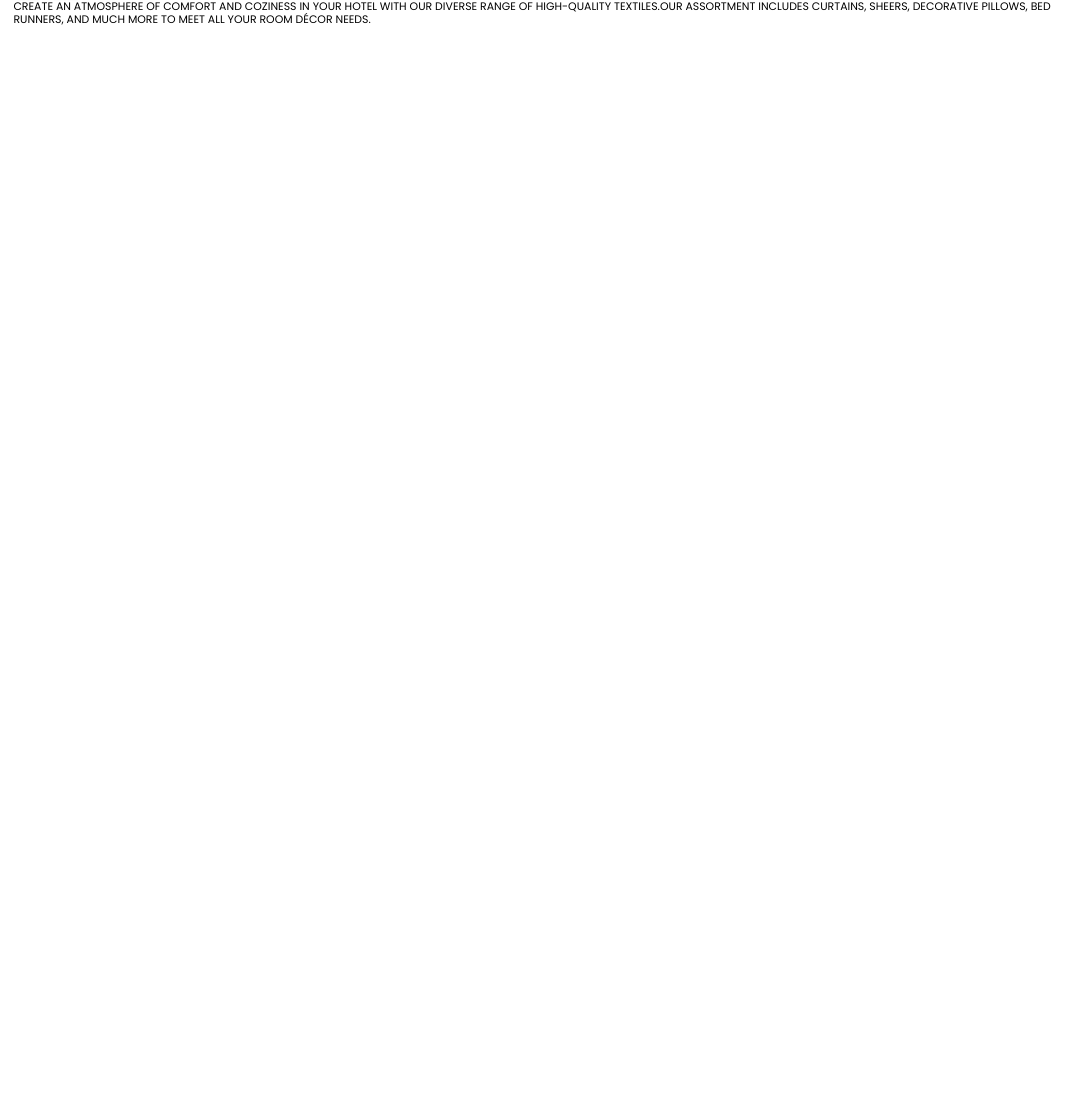
Repository: nikhilsinghrathore1/Shery_02
Page: /
An editor plug-in stored every save of this project. The page is shown before and after the next save, followed by the edit.
The browser window is 1280 px wide. The pictures show the part of the page from y = 4219 to 5544 px (the page is 5544 px tall), at 84% of full size.
The project was rebuilt for these pictures with package versions that can differ from the ones it lists, and the page was loaded fresh each time. Also part of the build but not shown: vite.config.js.

Above is the page before, as saved 2024-07-18 03:27:03.

### src/App.jsx
import { useState } from 'react'
import reactLogo from './assets/react.svg'
import viteLogo from '/vite.svg'
import './App.css'
import Landing from './pages/Landing'

function App() {
  const [count, setCount] = useState(0)

  return (
    <>
      <Landing/>
    </>
  )
}

export default App

### src/App.css
@font-face {
  font-family: font1;
  src: url("../public/6624dc4c3f39ffabcd0dc162_Montserrat-VariableFont_wght.ttf");
}
@font-face {
  font-family: font2;
  src: url("../public/CircularXXWeb-Book\ \(1\).ttf");
}
@font-face {
  font-family: font3;
  src: url("../public/JTUQjIg1_i6t8kCHKm459WxRyS7m0dR9pA.ttf");
}
@font-face {
  font-family: font4;
  src: url("../public/JTUSjIg1_i6t8kCHKm459WlhyyTh89Y.ttf");
}
@font-face {
  font-family: font5;
  src: url("../public/pxiEyp8kv8JHgFVrJJfecnFHGPc.ttf");
}

.f1{
  font-family: font1;
}
.f2{
  font-family: font2;
}
.f3{
  font-family: font3;
}
.f4{
  font-family: font4;
}
.f5{
  font-family: font5;
}

### src/pages/Landing.jsx
import React from 'react'
import MoreInsta from '../components/MoreInsta'
import Nav from '../components/Nav'
import SingleHero from '../components/SingleHero'
import { GoArrowRight } from "react-icons/go";
import { GoArrowLeft } from "react-icons/go";
import VideoCont from '../components/VideoCont'

const Landing = () => {
  return (
    <div className='w-full overflow-hidden'>
               {/* this is the first image gallery part */}
               <div className='w-full h-[400vh] relative '>
               <Nav/>
               <SingleHero img={"https://cdn.prod.website-files.com/6613fb0aff6a7761bf9a817d/66267f01781250e3c4f8ed19_hero-01-p-1080.webp"} text={"hotel"}/>
               <SingleHero img={"https://cdn.prod.website-files.com/6613fb0aff6a7761bf9a817d/66267f00e43626f944ce0076_hero-02-p-1080.webp"} text={"restaurant"}/>
               <SingleHero img={"https://cdn.prod.website-files.com/6613fb0aff6a7761bf9a817d/66267f011d36d94902bbbcd3_hero-03-p-1080.webp"} text={"catering"}/>
               <SingleHero img={"https://cdn.prod.website-files.com/6613fb0aff6a7761bf9a817d/66267f0015a49ebd0cb05e50_hero-04-p-1080.webp"} text={"+automative"}/>
               </div>

               {/* this is the second text wala part  */}

               <div className='w-full  h-[120vh] px-4 pt-32 leading-[42px]'>
                              {/* this is the variable weight text */}
                              <div className='w-full f4 text-[32px] font-semibold text-black uppercase h-fit'>
                                             <p><span className='pl-44'>full</span> responsibility from project to implementation.</p>
                              </div>

                              <div className='f4 text-[13px] font-semibold mt-10 leading-none'>
                                             <p>More about us</p>
                                             <p className='mt-3 leading-[16px] font-semibold'>The textile production Velours HoReCa was founded in Lviv in 2005. <span className='opacity-60'>Our activity is focused on professionally outfitting the interiors of hotels, restaurants, cafes, and bars with textile products.</span></p>
                              </div>

                              <div className='w-full flex h-[50vh] mt-12 '>
                                             <div className='w-1/2 h-full flex justify-end pt-3'>
                                                            <VideoCont/>
                                             </div>
                                             <div className='w-1/2 h-full flex flex-col justify-between pl-3 pb-16 f5 font-light'>

                                                            <div className='w-full leading-[17px]  text-[13px]'>
                                                                           <p>With extensive experience in the Horeca sector - 18 years </p>
                                                                           <p className='opacity-70'>[as of 2024]</p>

                                                                           <div className='border-y-[1px] border-black/20 py-1 mt-3'>
                                                                                          <p>We offer both warranty and post-warranty servicing.</p>
                                                                           </div>
                                                            </div>

                                                            <div className='f4 pl-2'>
                                                                           <MoreInsta/>
                                                            </div>



                                             </div>
                              </div>
               </div>

               <div className='w-full h-[250vh] px-4 pt-12'>
               <div className=' uppercase text-[32px] w-full leading-[35px] f5 font-light '>
                                             <p className='w-[78%]'>ideal textile for a cozy hotel ambiance</p>

                                             <div className='w-full flex h-[50vh] mt-8'>
                                                            <div className='w-[30%] flex items-end  gap-2 h-full'>
                                                                                          <div className='w-9 h-9 border-black/50 rounded flex items-center text-xl justify-center border-[1px]'><GoArrowLeft/></div>
                                                                                          <div className='w-9 h-9 border-black/50 rounded flex items-center text-xl justify-center border-[1px]'><GoArrowRight/></div>
                                                            </div>
                                                            <div className='w-[72%] h-full rounded-lg overflow-hidden'>
                                                                           <img className='w-full h-full rounded-lg ' src="https://cdn.prod.website-files.com/6613fb0aff6a7761bf9a817d/662a45b943d2e1892a8fff8e_slider-01-04-p-800.webp" alt="not showing" />
                                                            </div>
                                             </div>

                                             <p className='text-[13px] leading-[16px] font-extralight'>Create an atmosphere of comfort and coziness <span> in your hotel with our diverse range of high-quality textiles.</span>Our assortment includes curtains, sheers, decorative pillows, bed runners, and much more to meet all your room décor needs.</p>
                              </div>
               </div>


    </div>
  )
}

export default Landing

### src/components/MoreInsta.jsx
import React from 'react'
import { GoArrowUpRight } from "react-icons/go";

const MoreInsta = () => {
  return (
    <div className=' leading-[16px] text-[13px] text-black f5 font-light'>
               <p>More in Ours</p>
               <p className='flex items-center gap-1'>instagram <span><GoArrowUpRight/></span></p>
    </div>
  )
}

export default MoreInsta

### src/components/Nav.jsx
import React from 'react'

const Nav = () => {
  return (
    <div className='w-full h-[100vh]  fixed text-white flex flex-col justify-between z-40 top-0'>
        <div className=' flex items-center justify-center pt-7'>

               <div className='flex  flex-col items-center justify-center leading-[18px]'>
                              <h1 className='text-[24px] f1'>Velorus</h1>
                              <h2 className='text-[10px] f1 '>HoReCa</h2>
               </div>
        </div>

        {/* this is the menu bar kinda thingy */}
        <div className='w-full h-[10vh]  px-3  '>

          <div className='w-full h-[65%] bg-black rounded-md flex justify-between px-[2px]'>
            <div className='w-[18%] h-full bg-white flex items-center justify-center overflow-hidden rounded-md'>
              <img className='w-[90%] h-[90%] object-cover' src="https://cdn.prod.website-files.com/6613fb0aff6a7761bf9a817d/6624b9bbba2e8daa37ae2e54_download-img-02.webp" alt="not showing" />
            </div>

            <div className='w-[57%] h-full text-[13px] text-white leading-[16px] f2 flex items-center justify-center'>
              <p>Download our Brochour on services in the HoReCa industry</p>
            </div>


            <div className='w-[15%] h-full bg-white flex items-center justify-center overflow-hidden rounded-md'>
              <img className='w-[80%] h-[80%] object-cover' src="https://cdn.prod.website-files.com/6613fb0aff6a7761bf9a817d/6624bdfbd80898e1c3060de1_download-icon.webp" alt="not showing" />
            </div>
          </div>





        </div>

    </div>
  )
}

export default Nav

### src/components/SingleHero.jsx
import React from 'react'

const SingleHero = ({img , text}) => {
  return (
    <div className='w-full h-[100vh] relative'>
               <div className='absolute bg-black/10 flex items-center justify-center w-full h-full top-0'>
                              <h1 className='uppercase text-[44px] f4 font-bold tracking-wider text-white'>{text}</h1>
               </div>
               <img className='w-full h-full object-cover' src={img} alt="not showing" />
    </div>
  )
}

export default SingleHero

### src/components/VideoCont.jsx
import React from 'react'

const VideoCont = () => {
  return (
    <div className='w-[98%] h-[80%] bg-black rounded-lg pt-[3px] px-[2px] '>
               <div className='w-full h-[87%] overflow-hidden rounded-lg'>
                              <video autoPlay muted loop className='w-full h-full object-cover' src="https://s3.amazonaws.com/webflow-prod-assets/6613fb0aff6a7761bf9a817d/663bcfe77765a0f1702b036f_insta-3.mp4"></video>
               </div>
               <div className='w-full text-white text-[11px] f1 h-[13%] pt-1 flex items-center pb-[2px] gap-2'>
                              <img className='w-[24px] h-[24px] object-cover' src="https://cdn.prod.website-files.com/6613fb0aff6a7761bf9a817d/663bcbd3012e5e6821be914c_logo-horeca.png" alt="not showing" />
                              <p>Velorus_horeca</p>
               </div>
    </div>
  )
}

export default VideoCont

Loaded but not shown: index.html (common file); src/main.jsx (common file); src/index.css (common file); tailwind.config.js (common file)

After the next save:
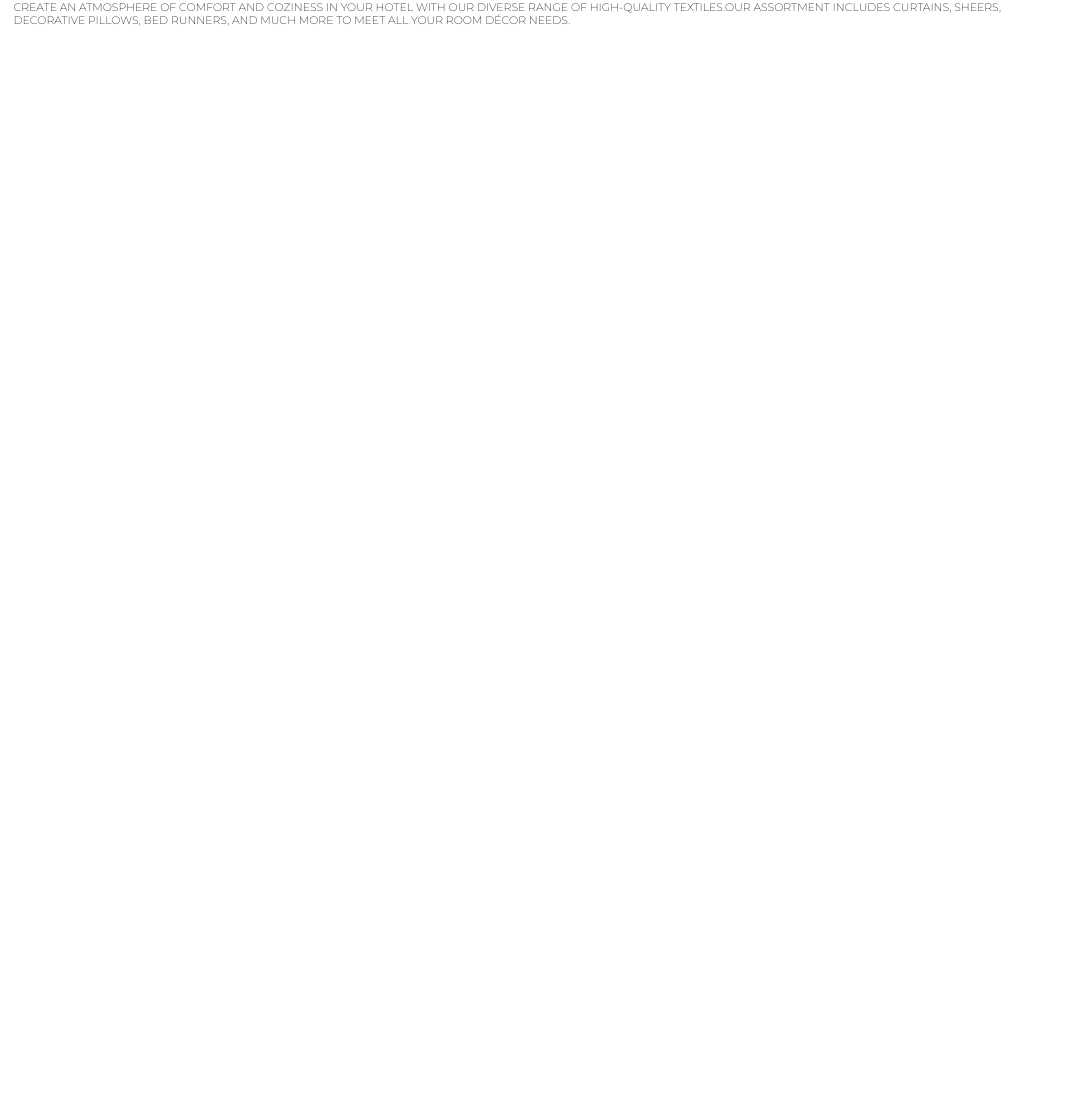
Saved 5 s later.
--- a/src/pages/Landing.jsx
+++ b/src/pages/Landing.jsx
@@ -70,7 +70,7 @@ const Landing = () => {
                                                             </div>
                                              </div>
 
-                                             <p className='text-[13px] leading-[16px] font-extralight'>Create an atmosphere of comfort and coziness <span> in your hotel with our diverse range of high-quality textiles.</span>Our assortment includes curtains, sheers, decorative pillows, bed runners, and much more to meet all your room décor needs.</p>
+                                             <p className='text-[13px] leading-[16px] f1 font-extralight'>Create an atmosphere of comfort and coziness <span> in your hotel with our diverse range of high-quality textiles.</span>Our assortment includes curtains, sheers, decorative pillows, bed runners, and much more to meet all your room décor needs.</p>
                               </div>
                </div>
 
